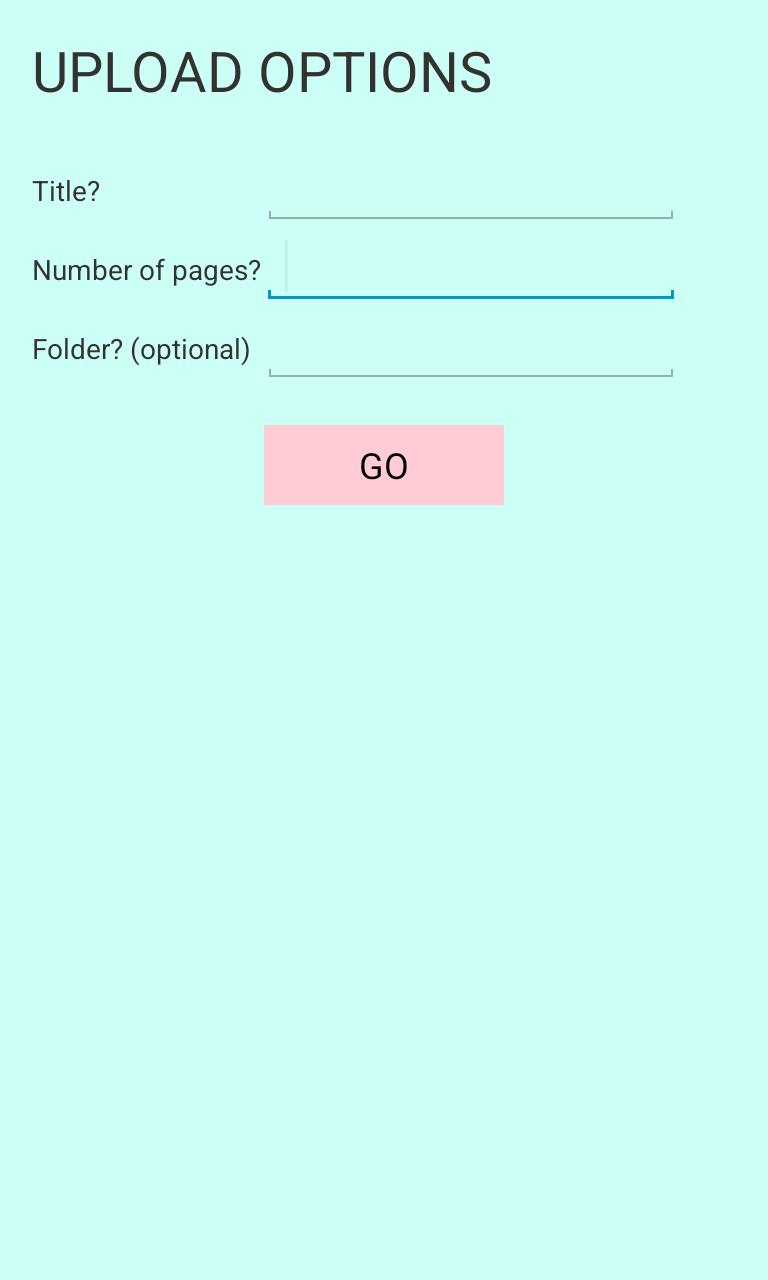
Repository: nick11roberts/Moka-Scanr
Layout: Document Uploader/res/layout/activity_options.xml
These files come from the project's save history. The layout is drawn as it stood at one moment and after the next save; the edit follows.
It is drawn on a 768 x 1280 px phone screen (xhdpi) without system bars, with theme android:Theme.Holo.Light.NoActionBar; the app's code is not run. The app's manifest (not shown) leaves right-to-left support off. So textAlignment, textDirection and layoutDirection are ignored, and left and right values win over start and end ones.

Above is the layout before, as saved 2014-05-30 21:45:25.

After the next save:
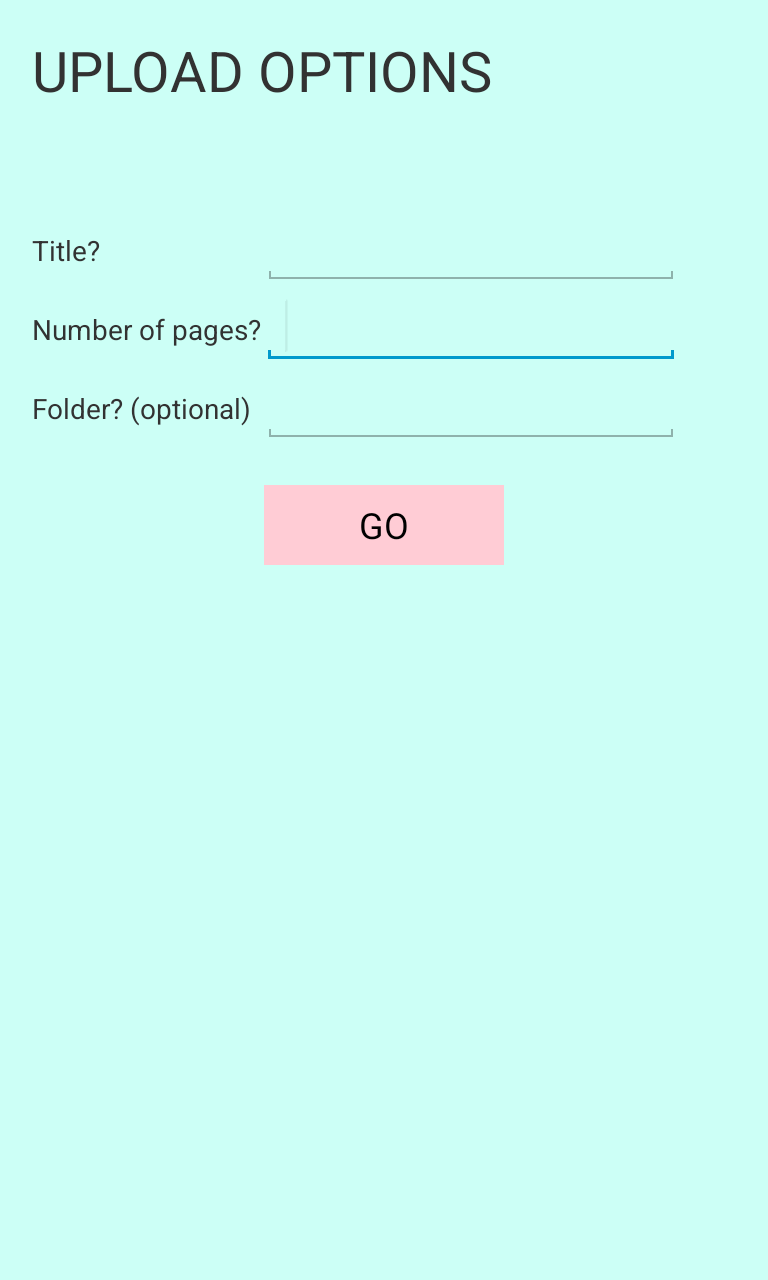
Saved 36 s later.
--- a/Document Uploader/res/layout/activity_options.xml
+++ b/Document Uploader/res/layout/activity_options.xml
@@ -14,7 +14,7 @@
     <TextView
         android:layout_width="match_parent"
         android:layout_height="wrap_content"
-        android:paddingBottom="0dp"
+        android:paddingBottom="30dp"
         android:paddingTop="0dp"
         android:text="@string/options_heading"
         android:textAlignment="center"
